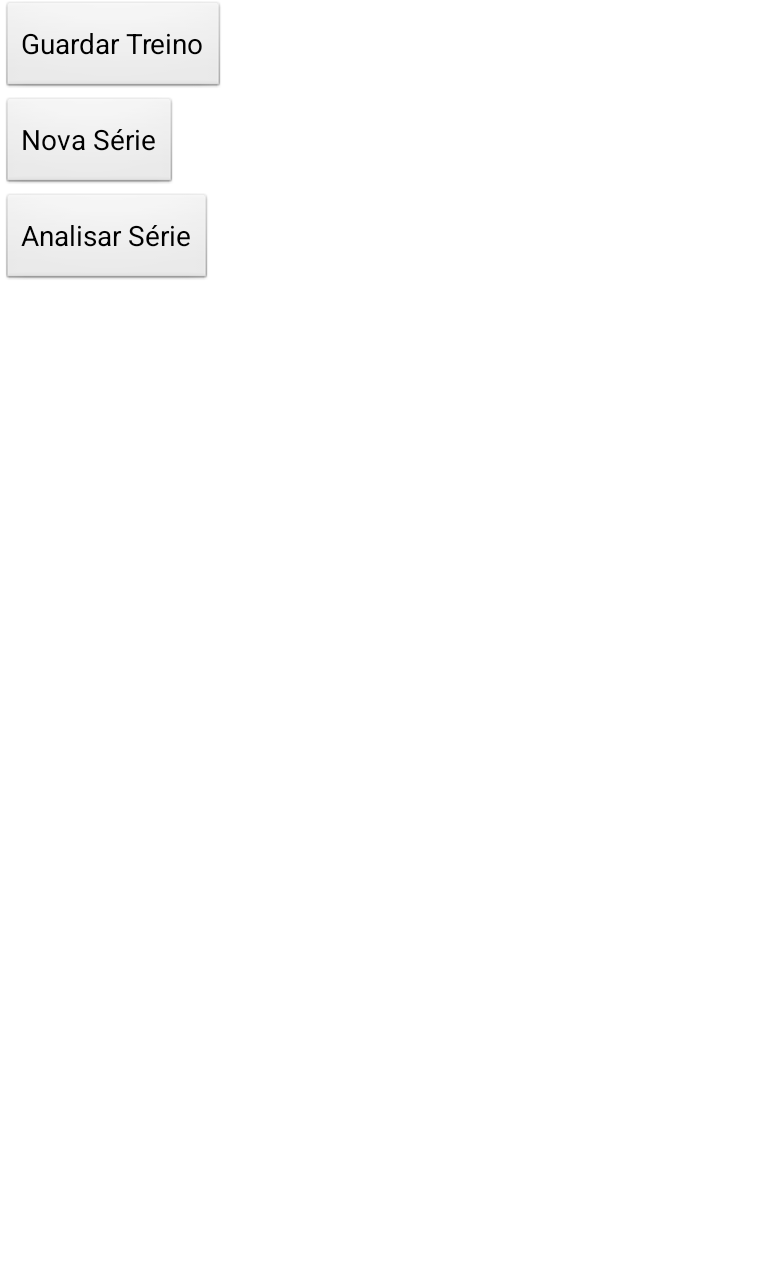
Repository: BrunoDeNadaiSarnaglia/Exame
Layout: Exame/res/layout/activity_main.xml
An editor plug-in stored every save of this project. The layout is shown before and after the next save, followed by the edit.
It is drawn on a 768 x 1280 px phone screen (xhdpi) without system bars, with theme AppTheme; the app's code is not run.

Above is the layout before, as saved 2013-07-09 18:46:41.

After the next save:
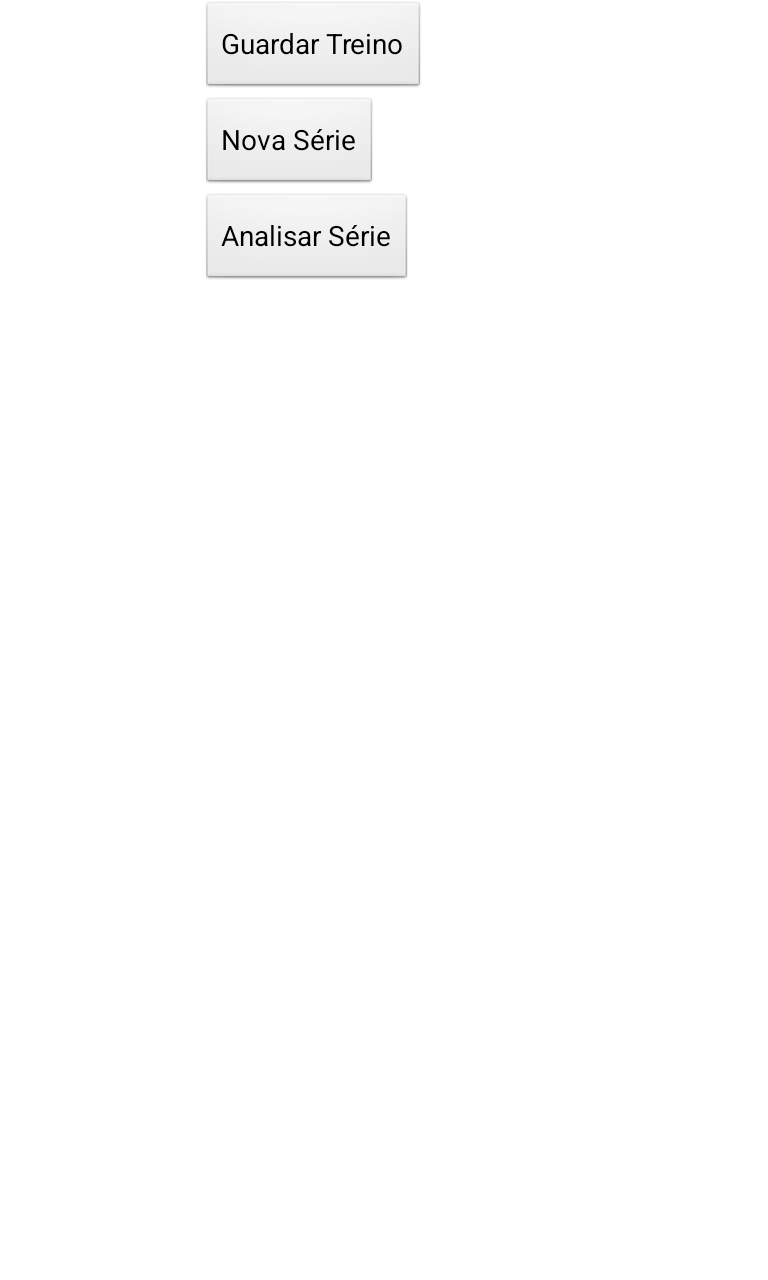
Saved 5 min 31 s later.
--- a/Exame/res/layout/activity_main.xml
+++ b/Exame/res/layout/activity_main.xml
@@ -5,16 +5,19 @@
     android:orientation="vertical">
 
     <Button
+        android:layout_marginLeft="100dp"
         android:layout_width="wrap_content"
         android:layout_height="wrap_content"
         android:text="Guardar Treino" />
 
     <Button
+        android:layout_marginLeft="100dp"
         android:layout_width="wrap_content"
         android:layout_height="wrap_content"
         android:text="Nova Série" />
 
     <Button
+        android:layout_marginLeft="100dp"
         android:layout_width="wrap_content"
         android:layout_height="wrap_content"
         android:text="Analisar Série" />
